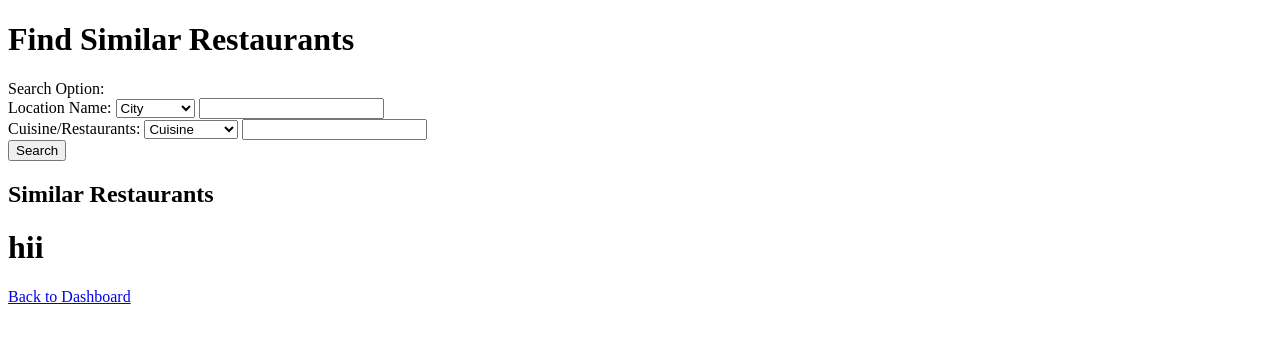
Repository: jahnavi320/Eatinery_ADT
Page: templates/restaurants.html
These files come from the project's save history. The page is drawn as it stood at one moment and after the next save; the edit follows.
The browser window is 1280 px wide. The pictures show the whole page.
The page is served by the project's application, run on Flask 3 (app.py). The template is opened directly, without the code that normally fills it, so the values that code supplies are empty.

Above is the page before, as saved 2023-12-04 17:45:35.

### templates/restaurants.html
<!--<!DOCTYPE html>
<html lang="en">
<head>
    <meta charset="UTF-8">
    <meta name="viewport" content="width=device-width, initial-scale=1.0">
    <title>Restaurants</title>
    <style>
        form {
            text-align: center;
        }

        button {
            width: 30px;
            height: 30px;
            border: 2px solid #3498db;
            border-radius: 50%;
            background-color: transparent;
            color: #3498db;
            font-size: 14px;
            margin: 5px;
            cursor: pointer;
        }
    </style>
</head>
<body>
    <h1>Explore Restaurants</h1>
    <form method="post" action="{{ url_for('restaurants') }}">
        <label for="location_name">Location Name:</label>
        <input type="text" id="location_name" name="location_name" required>
        <br>
        <label for="cuisine">Cuisine:</label>
        <input type="text" id="cuisine" name="cuisine" required>
        <br>
        <input type="submit" value="Explore">

        <button type="submit" name="button" value="City">C</button>
        <button type="submit" name="button" value="Attraction">A</button>
        <button type="submit" name="button" value="Zipcode">Z</button>
    </form>
    <h2>Similar Restaurants:</h2>
    <ul>
        {% for restaurant in similar_restaurants %}
            <li>{{ restaurant.location_name }}</li>
        {% endfor %}
    </ul>
</body>
</html> -->
<!DOCTYPE html>
<html lang="en">
<head>
    <meta charset="UTF-8">
    <meta name="viewport" content="width=device-width, initial-scale=1.0">
    <title>Restaurants</title>
</head>
<body>
    <h1>Find Similar Restaurants</h1>
    <form method="post" action="{{ url_for('restaurants') }}">
        <label for="search_option">Search Option:</label>

        <br>
        <label for="location_name">Location Name:</label>
        <select id="search_option" name="search_option" required>
            <option value="city">City</option>
            <option value="attraction">Attraction</option>
            <option value="zipcode">Zipcode</option>
        </select>
        <input type="text" id="location_name" name="location_name" required>
        <br>
        <label for="cuisine">Cuisine/Restaurants:</label>
        <select id="search_CR" name="search_CR" required>
            <option value="cuisine">Cuisine</option>
            <option value="restaurants">Restaurants</option>

        </select>
        <input type="text" id="cuisine" name="cuisine" required>
        <br>
        <input type="submit" value="Search">
    </form>

    {% if selected_option %}
        <p>Selected Search Option: {{ selected_option }}</p>
    {% endif %}

    <h2>Similar Restaurants</h2>
    <h1>hii</h1>
    <ul>
        {% for restaurant in similar_restaurants %}
            <li>{{ restaurant.restaurant_name }}</li>
        {% endfor %}
    </ul>
    <a href="{{ url_for('dashboard') }}">Back to Dashboard</a>
</body>
</html>

### app.py
from flask import Flask, render_template, request, redirect, url_for, session, flash
from neo4j import GraphDatabase

app = Flask(__name__, static_folder='static')
app.secret_key = 'qRt9pL2sF7gY3wX8zA6c'

NEO4J_URI = "bolt://localhost:7687"
NEO4J_USER = "neo4j"
NEO4J_PASSWORD = "Vaibhav@123"

class Neo4jDB:
    def __init__(self, uri, user, password):
        self._uri = uri
        self._user = user
        self._password = password
        self._driver = GraphDatabase.driver(self._uri, auth=(self._user, self._password))

    def close(self):
        self._driver.close()

    def create_user(self, username, password):
        with self._driver.session() as session:
            session.execute_write(self._create_user, username, password)

    def _create_user(self, tx, username, password):
        query = "CREATE (u:User {username: $username, password: $password})"
        tx.run(query, username=username, password=password)

    def get_user(self, username):
        with self._driver.session() as session:
            return session.execute_read(self._get_user, username)

    def _get_user(self, tx, username):
        query = "MATCH (u:User {username: $username}) RETURN u"
        result = tx.run(query, username=username)
        return result.single()

    def create_itinerary(self, username, location):
        with self._driver.session() as session:
            session.execute_write(self._create_itinerary, username, location)

    def _create_itinerary(self, tx, username, location):
        query = (
            "MATCH (u:User {username: $username})"
            "MERGE (l:Location {location: $location})"
            "MERGE (u)-[:HAS_ITINERARY]->(l)"
        )
        tx.run(query, username=username, location=location)

    def get_similar_locations(self, zipcode):
        with self._driver.session() as session:
            return session.execute_read(self._get_similar_locations, zipcode)

    def _get_similar_locations(self, tx, zipcode):
        query = (
            "MATCH (l1:Location {zipcode: $zipcode})-[:IS_NEIGHBOR_OF]->(l2:Location)"
            "RETURN l2.location as similar_location"
        )
        result = tx.run(query, zipcode=zipcode)
        return result.data()

    def get_user_past_itineraries(self, username):
        with self._driver.session() as session:
            return session.execute_read(self._get_user_past_itineraries, username)

    def _get_user_past_itineraries(self, tx, username):
        query = (
            "MATCH (u:User {username: $username})"
            "MATCH (u)-[:HAS_ITINERARY]->(l:Location)"
            "RETURN l.location as location, ID(l) as location_id"
        )
        result = tx.run(query, username=username)
        return result.data()

    def get_similar_restaurants(self, location_name, cuisine):
        with self._driver.session() as session:
            return session.execute_read(self._get_similar_restaurants, location_name, cuisine)

    def _get_similar_restaurants(self, tx, location_name, cuisine):
        query = (
            "MATCH (l:Location {location_name: $location_name})"
            "-[:HAS_CUISINE]->(c:Cuisine {cuisine: $cuisine})"
            "<-[:HAS_CUISINE]-(similar:Restaurant)"
            "RETURN DISTINCT similar.location_name as location_name"
        )
        result = tx.run(query, location_name=location_name, cuisine=cuisine)
        return result.data()

neo4j_db = Neo4jDB(NEO4J_URI, NEO4J_USER, NEO4J_PASSWORD)


@app.route('/')
def index():
    return render_template('login.html')

@app.route('/login', methods=['POST'])
def login():
    username = request.form['username']
    password = request.form['password']
    user = neo4j_db.get_user(username)

    if user and user['u']['password'] == password:
        session['username'] = username
        return redirect(url_for('dashboard'))
    else:
        return 'Invalid login credentials'

@app.route('/signup', methods=['POST'])
def signup():
    username = request.form['fullname']
    password = request.form['password']
    neo4j_db.create_user(username, password)
    return redirect(url_for('dashboard'))

@app.route('/dashboard')
def dashboard():
    if 'username' in session:
        return render_template('dashboard.html')
    else:
        return redirect(url_for('index'))
# @app.route('/dashboard')
# def dashboard():
#     name = session.get('fullname')
#     print(name)
#     if 'username' in session:
#         user = neo4j_db.get_user(name)
#         return render_template('dashboard.html', user=user)  # Pass the 'user' variable to the template
#     else:
#         flash('Please log in to access the dashboard.', 'error')
#         return redirect(url_for('index'))


@app.route('/new_itinerary', methods=['GET', 'POST'])
def new_itinerary():
    username = session.get('username')

    if not username:
        flash('Please log in to create a new itinerary.', 'error')
        return redirect(url_for('index'))

    if request.method == 'POST':
        location = request.form['location']

        neo4j_db.create_itinerary(username, location)
        similar_locations = neo4j_db.get_similar_locations(location)

        return render_template('results.html', results=similar_locations, category='Locations')

    return render_template('new_itinerary.html')
@app.route('/past_itineraries')
def past_itineraries():
    username = session.get('username')

    if not username:
        flash('Please log in to access past itineraries.', 'error')
        return redirect(url_for('index'))

    past_itineraries = neo4j_db.get_user_past_itineraries(username)
    return render_template('past_itineraries.html', past_itineraries=past_itineraries)

@app.route('/restaurants', methods=['GET', 'POST'])
def restaurants():
    username = session.get('username')
    selected_option = None


    if not username:
        flash('Please log in to access restaurant recommendations.', 'error')
        return redirect(url_for('index'))

    # if request.method == 'POST':
    #     location_name = request.form['location_name']
    #     cuisine = request.form['cuisine']

    if request.method == 'POST':
        location_name = request.form['location_name']
        cuisine = request.form['cuisine']
        selected_option = request.form['search_option']
        search_CR = request.form['search_CR']
        print(selected_option , search_CR)
        # Call the Neo4j function to get similar restaurants
        similar_restaurants = neo4j_db.get_similar_restaurants(location_name, cuisine)

        return render_template('restaurants.html', similar_restaurants=['abcd' , 'aabb'])

    return render_template('restaurants.html', similar_restaurants=['abcd' , 'aabb'])




if __name__ == '__main__':
    app.run(debug=True, port=5001)

After the next save:
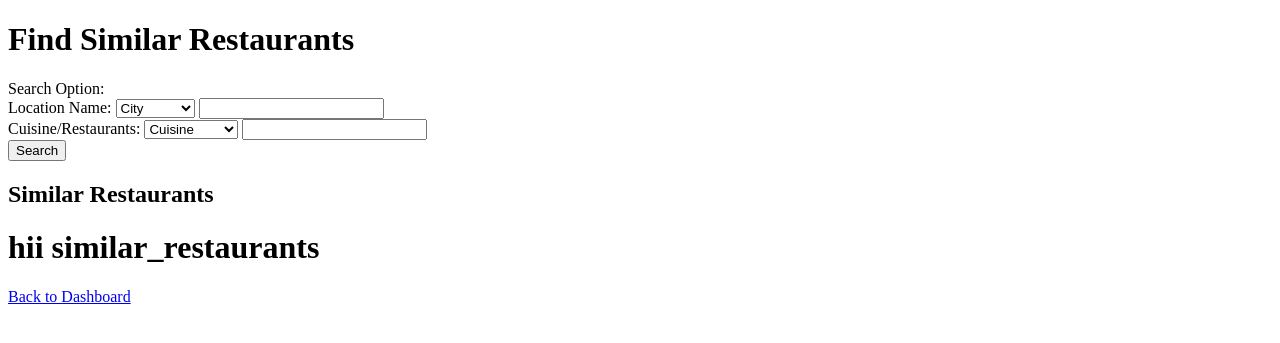
Saved 16 s later.
--- a/templates/restaurants.html
+++ b/templates/restaurants.html
@@ -82,7 +82,7 @@
     {% endif %}
 
     <h2>Similar Restaurants</h2>
-    <h1>hii</h1>
+    <h1>hii similar_restaurants</h1>
     <ul>
         {% for restaurant in similar_restaurants %}
             <li>{{ restaurant.restaurant_name }}</li>
